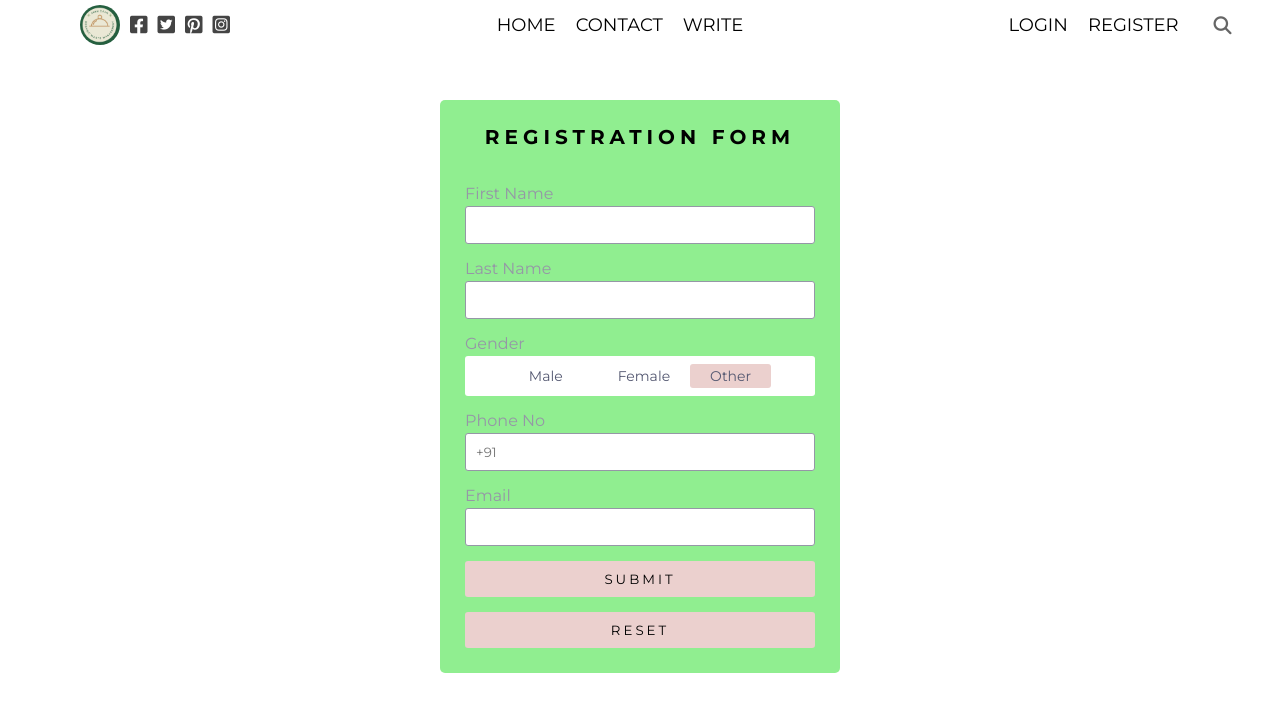
Repository: blsnabrhm/anna-daan
Page: /Contact (app in client/)
The author's editor kept a copy of each file at every save. The page is drawn from the files as they stood at one save, then again after the next save.
The browser window is 1280 px wide. The pictures show the whole page.
Some web libraries are served in a nearby version. The project was rebuilt for these pictures with package versions that can differ from the ones it lists, and the page was loaded fresh each time. Also part of the build but not shown: client/src/components/header/header.css, client/src/components/header/Header.jsx, client/src/components/posts/posts.css, client/src/components/posts/Posts.jsx, client/src/components/sidebar/sidebar.css, client/src/components/sidebar/SideBar.jsx, client/src/pages/home/home.css, client/src/pages/home/Home.jsx and 13 more. Imported but missing from the stored project, and not drawn on this page: client/src/components/post/Post.

Above is the page before, as saved 2022-04-22 08:22:07.

### client/public/index.html
<!DOCTYPE html>
<html lang="en">
  <head>
    <meta charset="utf-8" />
    <link rel="icon" href="%PUBLIC_URL%/favicon.ico" />
    <meta name="viewport" content="width=device-width, initial-scale=1" />
    <meta name="theme-color" content="#000000" />
    <meta
      name="description"
      content="Web site created using create-react-app"
    />
    <link rel="preconnect" href="https://fonts.googleapis.com">
    <link rel="preconnect" href="https://fonts.gstatic.com" crossorigin>
    <link href="https://fonts.googleapis.com/css2?family=Josefin+Sans:wght@100;200;300;400;500;600;700&family=Lora:ital@0;1&family=Varela&family=Varela+Round&display=swap" rel="stylesheet">
    <link rel="stylesheet" href="https://cdnjs.cloudflare.com/ajax/libs/font-awesome/6.1.1/css/all.min.css" integrity="sha512-KfkfwYDsLkIlwQp6LFnl8zNdLGxu9YAA1QvwINks4PhcElQSvqcyVLLD9aMhXd13uQjoXtEKNosOWaZqXgel0g==" crossorigin="anonymous" referrerpolicy="no-referrer" />
    <style>*{
      margin: 0;
    }</style>
    <style>
      .link {
        text-decoration: none;
        color: inherit;
      }
    </style>
    <title>Anna Daan</title>
  </head>
  <body>
    <noscript>You need to enable JavaScript to run this app.</noscript>
    <div id="root"></div>

  </body>
</html>

### client/src/index.js
import React from 'react';
import ReactDOM from 'react-dom/client';
import App from './App';
import { ContextProvider } from './context/Context';

const root = ReactDOM.createRoot(document.getElementById('root'));
root.render(
  <React.StrictMode>
    <ContextProvider>
    <App />
    </ContextProvider>
  </React.StrictMode>
);

### client/src/App.js
import Home from "./pages/home/Home";
import TopBar from "./components/topbar/TopBar";
import Single from "./pages/single/Single";
import Write from "./pages/write/Write";
import Settings from "./pages/settings/Settings";
import Login from "./pages/login/Login";
import Register from "./pages/register/Register";
import Contact from "./pages/contact/Contact";
import { BrowserRouter as Router, Switch, Route, Link } from "react-router-dom";
import { useContext } from "react";
import { Context } from "./context/Context";

function App() {
  const { user } = useContext(Context);
  return (
    <Router>
      <TopBar />
      <Switch>
        <Route exact path="/">
          <Home />
        </Route>
        <Route path="/register">{user ? <Home /> : <Register />}</Route>
        <Route path="/login">{user ? <Home /> : <Login />}</Route>
        <Route path="/Contact">{user ? <Contact />: <Contact/> }</Route>
        <Route path="/write">{user ? <Write /> : <Register />}</Route>
        <Route path="/settings">{user ? <Settings /> : <Register />}</Route>
        <Route path="/post/:postId">
          <Single />
        </Route>
      </Switch>
    </Router>
  );
}

export default App;

### client/src/context/Context.js
import { createContext, useEffect, useReducer } from "react";
import Reducer from "./Reducer";

const INITIAL_STATE = {
  user: JSON.parse(localStorage.getItem("user")) || null,
  isFetching: false,
  error: false,
};

export const Context = createContext(INITIAL_STATE);

export const ContextProvider = ({ children }) => {
  const [state, dispatch] = useReducer(Reducer, INITIAL_STATE);

  useEffect(() => {
    localStorage.setItem("user", JSON.stringify(state.user));
  }, [state.user]);

  return (
    <Context.Provider
      value={{
        user: state.user,
        isFetching: state.isFetching,
        error: state.error,
        dispatch,
      }}
    >
      {children}
    </Context.Provider>
  );
};

### client/src/components/topbar/TopBar.jsx
import { useContext } from "react";
import { Link } from "react-router-dom";
import { Context } from "../../context/Context";
import "./topbar.css";

export default function TopBar() {
  const { user, dispatch } = useContext(Context);
  const PF = "http://localhost:3000/images/"

  const handleLogout = () => {
    dispatch({ type: "LOGOUT" });
  };
  return (
    <div className="top">
      <div className="topLeft">
        <img className="topImg topLogo" src={require('../../assets/Anna_Daan.png')} alt="" />
        <i className="topIcon fab fa-facebook-square"></i>
        <i className="topIcon fab fa-twitter-square"></i>
        <i className="topIcon fab fa-pinterest-square"></i>
        <i className="topIcon fab fa-instagram-square"></i>
      </div>
      <div className="topCenter">
        <ul className="topList">
          <li className="topListItem">
            <Link className="link" to="/" >
              HOME
            </Link>
          </li>
          <li className="topListItem">
            <Link className="link" to="/contact" >
              CONTACT
            </Link>
          </li>
          <li className="topListItem">
            <Link className="link" to="/write">
              WRITE
            </Link>
          </li>
          <li className="topListItem" onClick={handleLogout}>
            {user && "LOGOUT"}
          </li>
        </ul>
      </div>
      <div className="topRight">
        {user ? (
          <Link to="/settings">
            <img className="topImg" src={PF+user.profilePic} alt="" />
          </Link>
        ) : (
          <ul className="topList">
            <li className="topListItem">
              <Link className="link" to="/login" >
                LOGIN
              </Link>
            </li>
            <li className="topListItem">
              <Link className="link" to="/register">
                REGISTER
              </Link>
            </li>
          </ul>
        )}
        <i className="topSearchIcon fas fa-search"></i>
      </div>
    </div>
  );
}

### client/src/pages/contact/Contact.jsx
import './contact.css'

export default function Contact() {
    return (
    <div className='contact'>
        <div class="registration_form">
		<div class="title">
			Registration Form
		</div>

		<form>
			<div class="form_wrap">
                <div className="input_wrap">
					<label for="fname">First Name</label>
					<input type="text" id="email"/>
				</div>
				<div className="input_wrap">
					<label for="lname">Last Name</label>
					<input type="text" id="email"/>
				</div>
                <div >

                </div>
				<div className="input_wrap">
					<label>Gender</label>
					<ul>
						<li>
							<label className="radio_wrap">
								<input type="radio" name="gender" value="male" className="input_radio" checked/>
								<span>Male</span>
							</label>
						</li>
						<li>
							<label className="radio_wrap">
								<input type="radio" name="gender" value="female" className="input_radio"/>
								<span>Female</span>
							</label>
						</li>
            <li>
							<label className="radio_wrap">
								<input type="radio" name="gender" value="male" className="input_radio" checked/>
								<span>Other</span>
							</label>
						</li>
					</ul>
				</div>
				<div className="input_wrap">
					<label for="city">Phone No</label>
					<input type="tel" id="city" placeholder="+91"/>
				</div>
				<div className="input_wrap">
					<label for="country">Email</label>
					<input type="text" id="country"/>
				</div>
				<div className="input_wrap">
					<input type="submit" value="Submit" className="submit_btn"/>
				</div>
        <div className="input_wrap">
					<input type="submit" value="Reset" className="submit_btn"/>
				</div>
			</div>
		</form>
	</div>
    </div>
    )
}

### client/src/context/Reducer.js
const Reducer = (state, action) => {
  switch (action.type) {
    case "LOGIN_START":
      return {
        user: null,
        isFetching: true,
        error: false,
      };
    case "LOGIN_SUCCESS":
      return {
        user: action.payload,
        isFetching: false,
        error: false,
      };
    case "LOGIN_FAILURE":
      return {
        user: null,
        isFetching: false,
        error: true,
      };
      case "UPDATE_START":
        return {
          ...state,
          isFetching:true
        };
      case "UPDATE_SUCCESS":
        return {
          user: action.payload,
          isFetching: false,
          error: false,
        };
      case "UPDATE_FAILURE":
        return {
          user: state.user,
          isFetching: false,
          error: true,
        };
    case "LOGOUT":
      return {
        user: null,
        isFetching: false,
        error: false,
      };
    default:
      return state;
  }
};

export default Reducer;

### client/src/components/topbar/topbar.css
.top {
    width: 100%;
    height: 50px;
    background-color: white;
    position: sticky;
    top: 0;
    display: flex;
    align-items: center;
    font-family: "Josefin Sans", sans-serif;
    z-index: 999;
  }

  .topLeft,
  .topRight {
    flex: 3;
    display: flex;
    align-items: center;
    justify-content: center;
  }

  .topCenter {
    flex: 6;
  }

  .topLogo {
    margin-right: 10px;
  }

  .topIcon {
    font-size: 20px;
    margin-right: 10px;
    color: #444;
    cursor: pointer;
  }

  .topImg {
    width: 40px;
    height: 40px;
    border-radius: 50%;
    object-fit: cover;
    cursor: pointer;
  }

  .topList {
    display: flex;
    justify-content: center;
    margin: 0;
    padding: 0;
    list-style: none;
  }

  .topListItem {
    margin-right: 20px;
    font-size: 18px;
    font-weight: 300;
    cursor: pointer;
  }

  .topSearchIcon {
    font-size: 18px;
    color: #666;
    cursor: pointer;
    margin-left: 15px;
  }

### client/src/pages/contact/contact.css
@import url('https://fonts.googleapis.com/css2?family=Montserrat:wght@400;700&display=swap');

*{
	margin: 0;
	padding: 0;
	box-sizing: border-box;
	list-style: none;
	font-family: 'Montserrat', sans-serif;
}

.contact {
    display: flex;
    align-items: center;
    justify-content: center;
    margin: 50px 0;
}

.wrapper{
	min-height: 100vh;
	display: flex;
	justify-content: center;
	align-items: center;
}

.registration_form{
	background: lightgreen;
	padding: 25px;
	border-radius: 5px;
	width: 400px;
}

.registration_form .title{
	text-align: center;
	font-size: 20px;
	text-transform: uppercase;
	color: #000000;
	letter-spacing: 5px;
	font-weight: 700;
}

.form_wrap{
	margin-top: 35px;
}

.form_wrap .input_wrap{
	margin-bottom: 15px;
}

.form_wrap .input_wrap:last-child{
	margin-bottom: 0;
}

.form_wrap .input_wrap label{
	display: block;
	margin-bottom: 3px;
	color: #9597a6;
}
.form_wrap .input_grp  input[type="text"] ,input[type="number"]{
	width: 165px;
}

.form_wrap  input[type="text"], input[type="number"], input[type="tel"]{
	width: 100%;
	border-radius: 3px;
	border: 1px solid #9597a6;
	padding: 10px;
	outline: none;
}

.form_wrap  input[type="text"]:focus{
	border-color: #ebd0ce;
}

.form_wrap ul{
	background: #fff;
	padding: 8px 10px;
	border-radius: 3px;
	display: flex;
	justify-content: center;
}

.form_wrap ul li:first-child{
	margin-right: 15px;
}
.form_wrap ul .radio_wrap{
	position: relative;
	margin-bottom: 0;
}

.form_wrap ul .radio_wrap .input_radio{
	position: absolute;
	top: 0;
	right: 0;
	opacity: 0;
}

.form_wrap ul .radio_wrap span{
	display: inline-block;
	font-size: 14px;
	padding: 3px 20px;
	border-radius: 3px;
	color: #545871;
}

.form_wrap .input_radio:checked ~ span{
	background: #ebd0ce;
}

.form_wrap .submit_btn{
	width: 100%;
	background: #ebd0ce;
	padding: 10px;
	border: 0;
	border-radius: 3px;
	text-transform: uppercase;
	letter-spacing: 3px;
	cursor: pointer;
}

.form_wrap .submit_btn:hover{
	background: #ffd5d2;
}

After the next save:
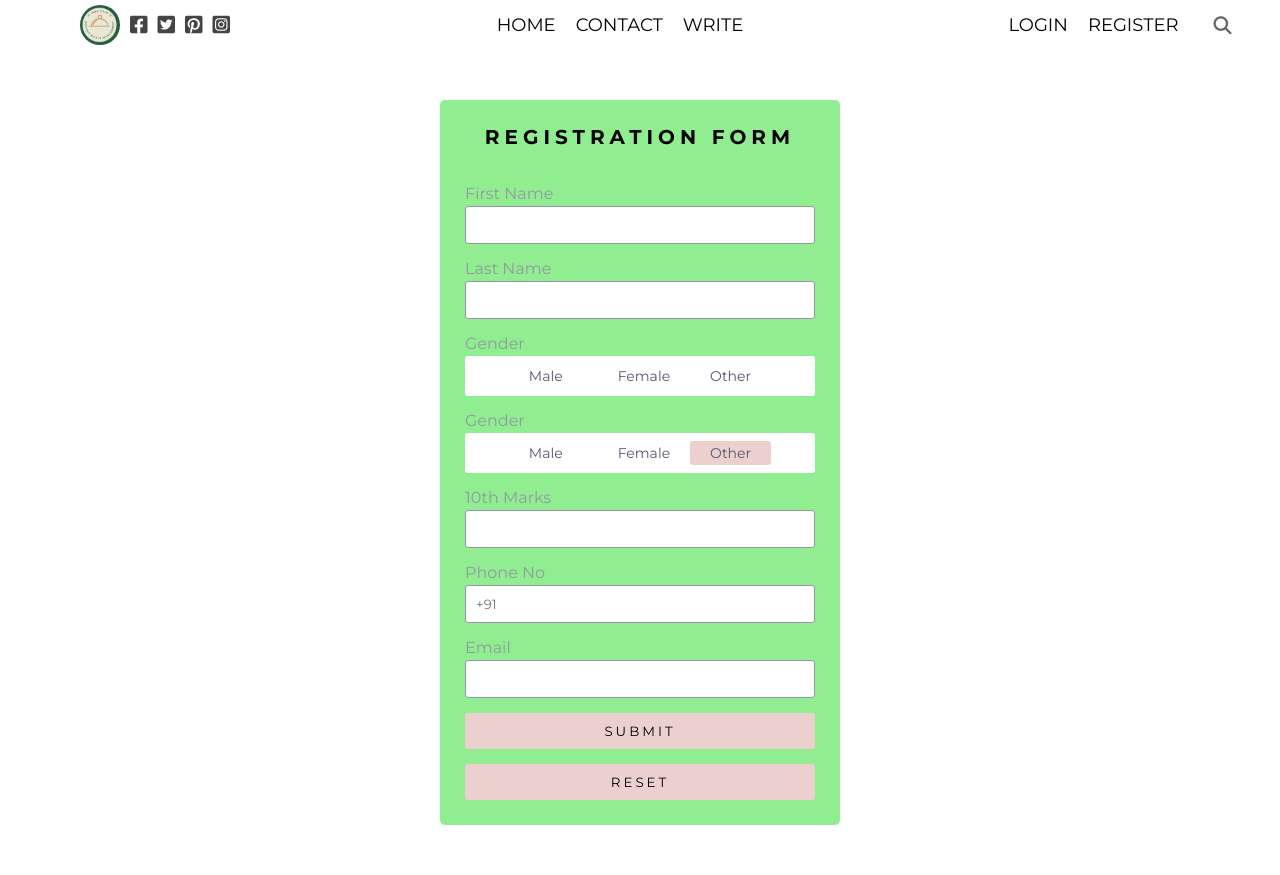
Saved 55 s later.
--- a/client/src/pages/contact/Contact.jsx
+++ b/client/src/pages/contact/Contact.jsx
@@ -36,7 +36,7 @@ export default function Contact() {
 								<span>Female</span>
 							</label>
 						</li>
-            <li>
+                        <li>
 							<label className="radio_wrap">
 								<input type="radio" name="gender" value="male" className="input_radio" checked/>
 								<span>Other</span>
@@ -44,6 +44,33 @@ export default function Contact() {
 						</li>
 					</ul>
 				</div>
+                <div className="input_wrap">
+					<label>Gender</label>
+					<ul>
+						<li>
+							<label className="radio_wrap">
+								<input type="radio" name="gender" value="male" className="input_radio" checked/>
+								<span>Male</span>
+							</label>
+						</li>
+						<li>
+							<label className="radio_wrap">
+								<input type="radio" name="gender" value="female" className="input_radio"/>
+								<span>Female</span>
+							</label>
+						</li>
+                        <li>
+							<label className="radio_wrap">
+								<input type="radio" name="gender" value="male" className="input_radio" checked/>
+								<span>Other</span>
+							</label>
+						</li>
+					</ul>
+				</div>
+        <div className="input_wrap">
+            <label for="food">10th Marks</label>
+            <input type="number" id="food"  min="0" max="100"/>
+        </div>
 				<div className="input_wrap">
 					<label for="city">Phone No</label>
 					<input type="tel" id="city" placeholder="+91"/>
